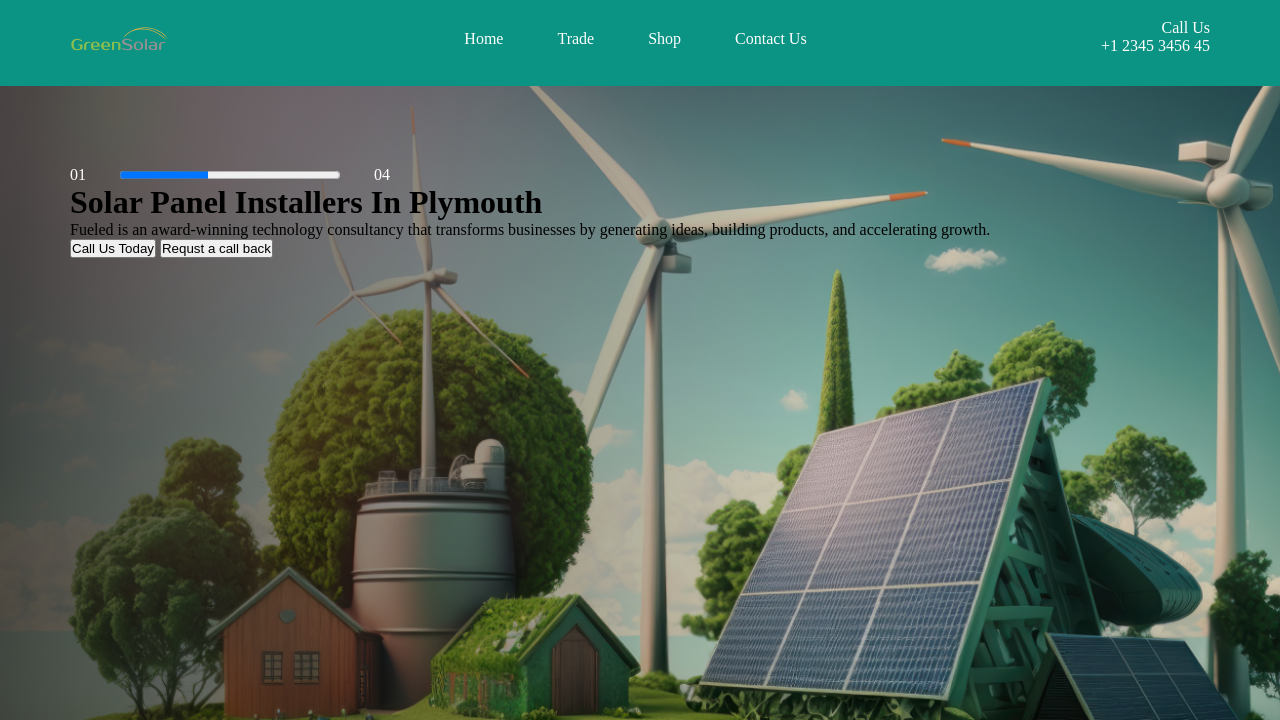
Repository: zeinawady/Solar-Company-Template
Page: index.html
The author's editor kept a copy of each file at every save. The page is drawn from the files as they stood at one save, then again after a run of saves.
The browser window is 1280 px wide. The pictures show the whole page.

Above is the page before, as saved 2024-09-17 17:05:39.

After the next 2 saves:
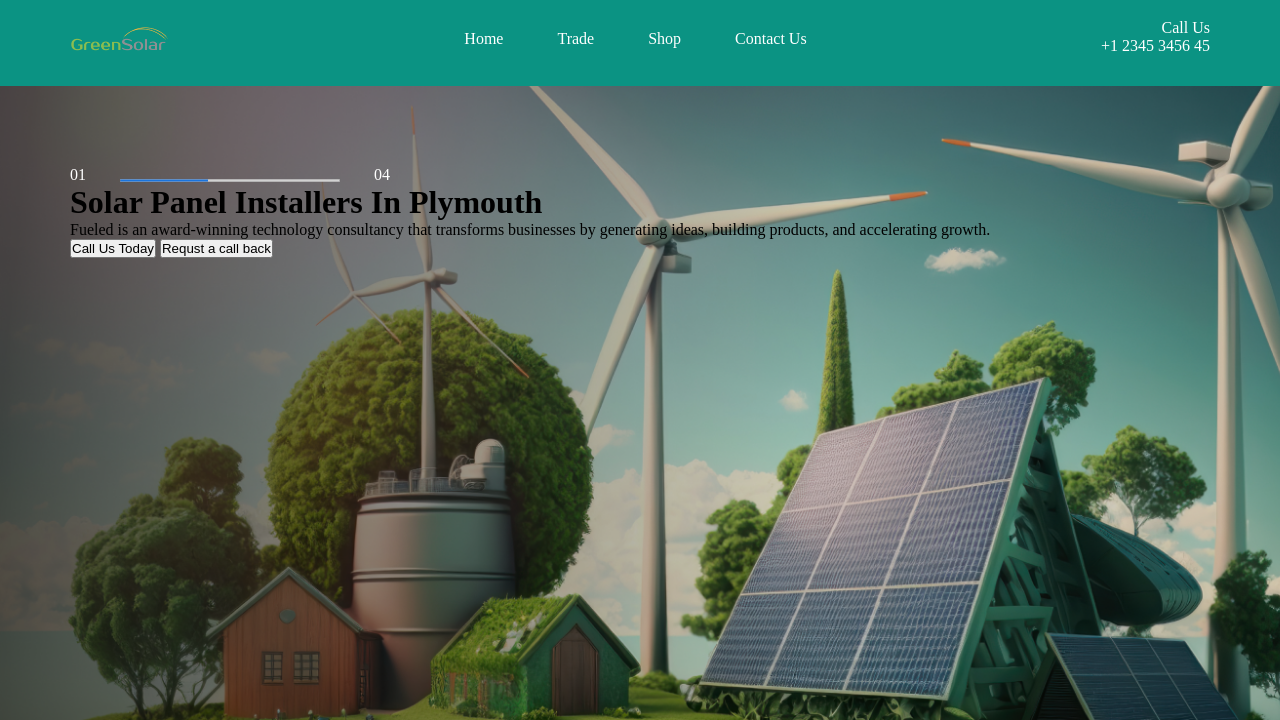
The 2 saves are shown as one change because they came seconds apart.
The last was saved 12 s later.
--- a/css/style.css
+++ b/css/style.css
@@ -130,5 +130,6 @@ padding-right:30px;
 }
 .progress-container progress{
    width: 220px;
+   height: 5px;
 }
 /* end landing */
